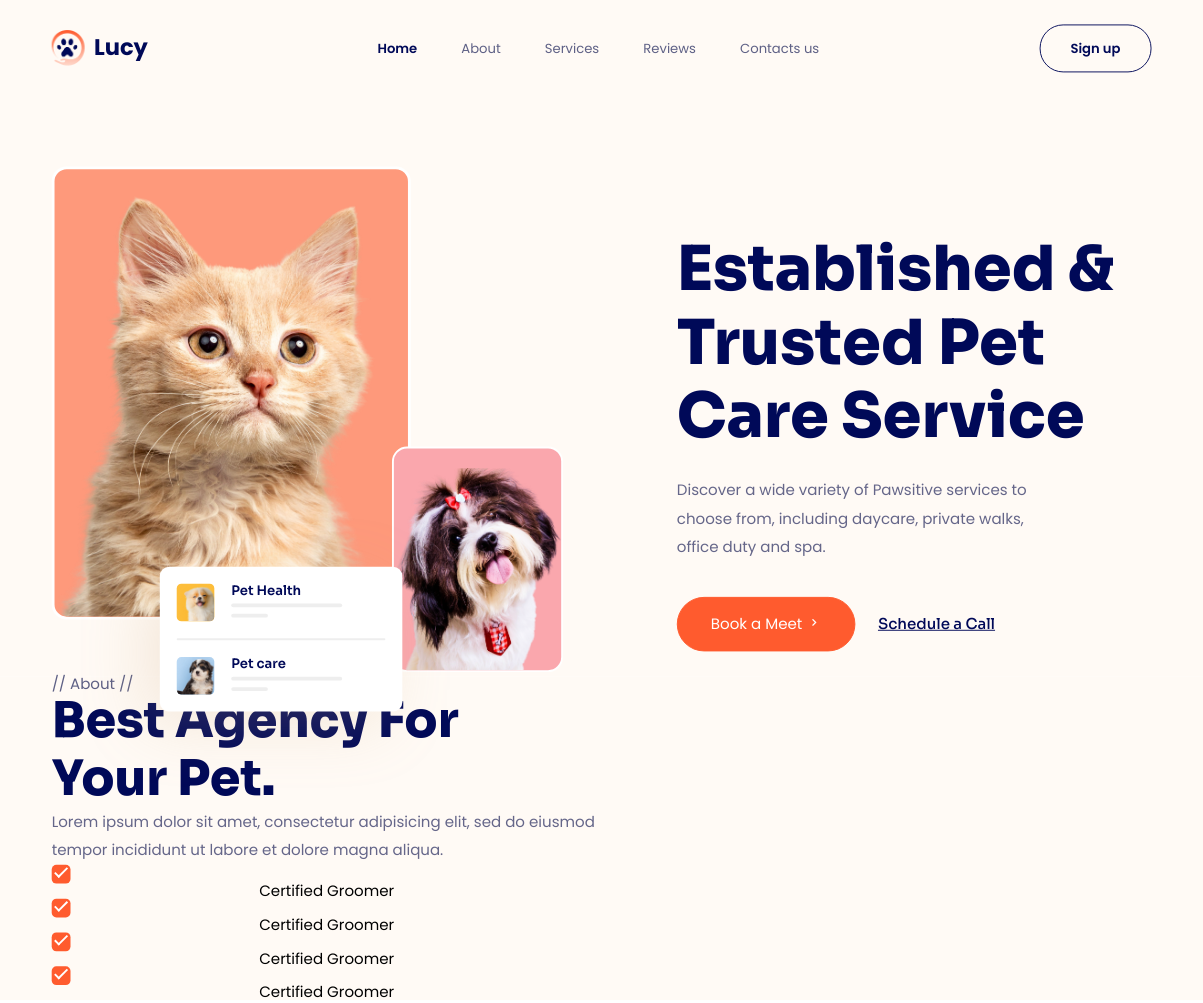
Repository: Cuongquaidan/F8projeact-04
Page: index.html
An editor plug-in stored every save of this project. The page is shown before and after the next save, followed by the edit.
The browser window is 1280 px wide. The pictures show the whole page, at 94% of full size.

Above is the page before, as saved 2023-04-15 13:07:59.

After the next save:
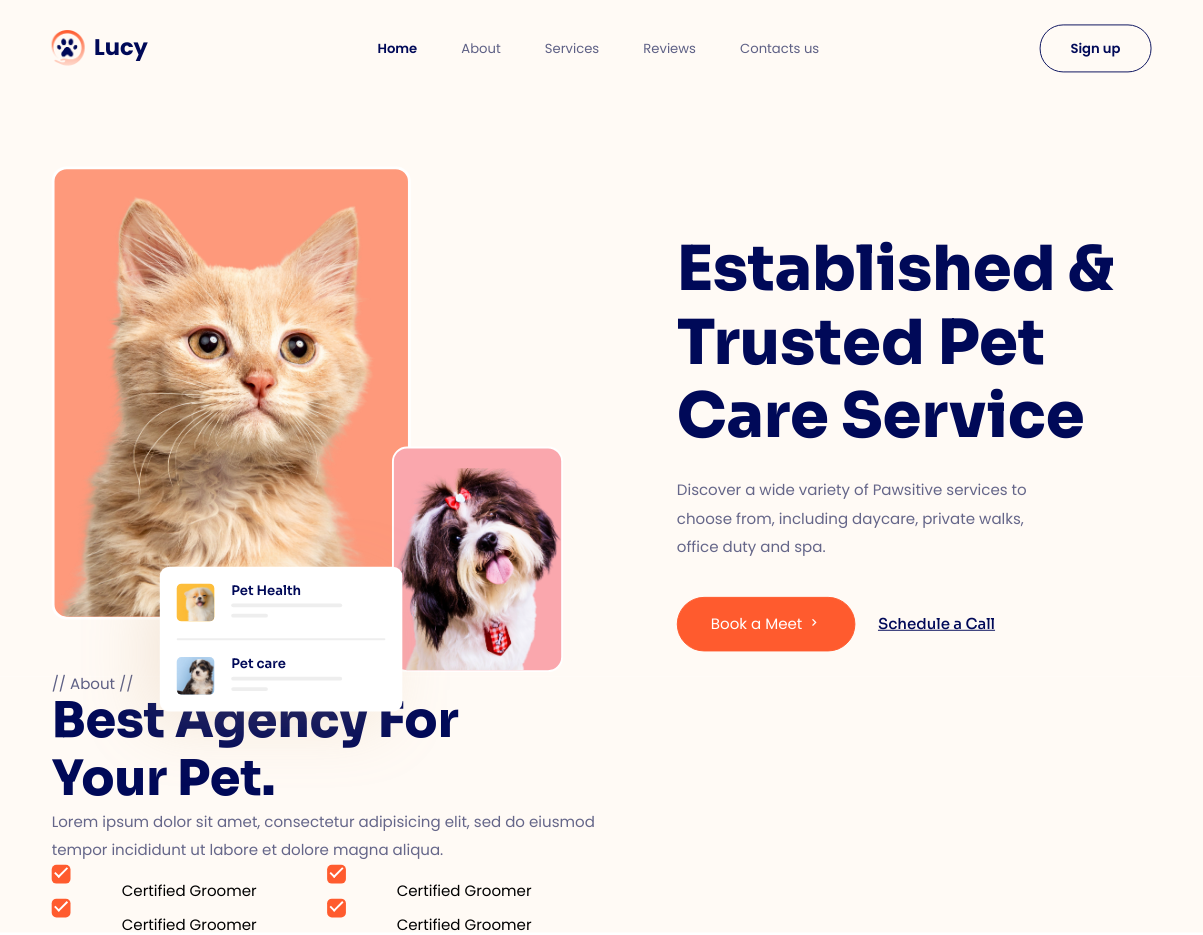
Saved 33 s later.
--- a/asset/css/styles.css
+++ b/asset/css/styles.css
@@ -295,6 +295,10 @@ a {
 .about__contents-title {
     width: 446px;
 }
+.about__contents-check-boxs {
+    display: grid;
+    grid-template-columns: repeat(2, 1fr);
+}
 .about__fake-check {
     padding: 3px;
     width: 20px;
